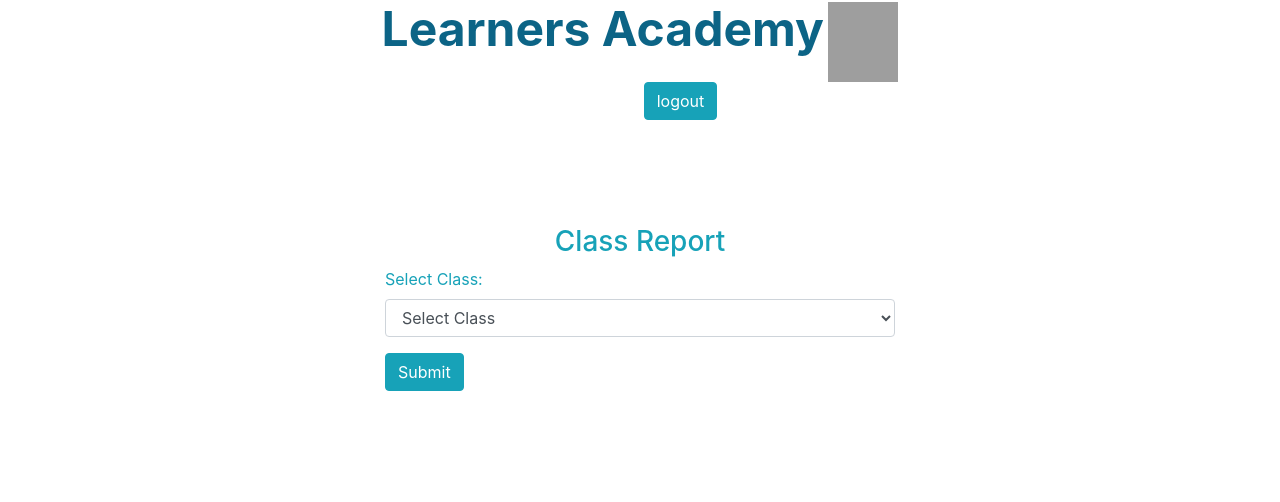
Repository: sindurup/Phase2Project
Page: http://localhost/LearnersAcademyPro/classInfo.jsp
The author's editor kept a copy of each file at every save. The page is drawn from the files as they stood at one save, then again after the next save.
The browser window is 1280 px wide. The pictures show the whole page.
Pictures or frames that could not be fetched are drawn as grey boxes. Some web libraries are served in a nearby version. The page is served by Tomcat 9. The session is filled in as if someone had signed in: {"uname": "Test User", "pw": 1}.

Above is the page before, as saved 2021-09-28 15:53:16.
Console error: TypeError: Cannot read properties of undefined (reading 'fn')

After the next save:
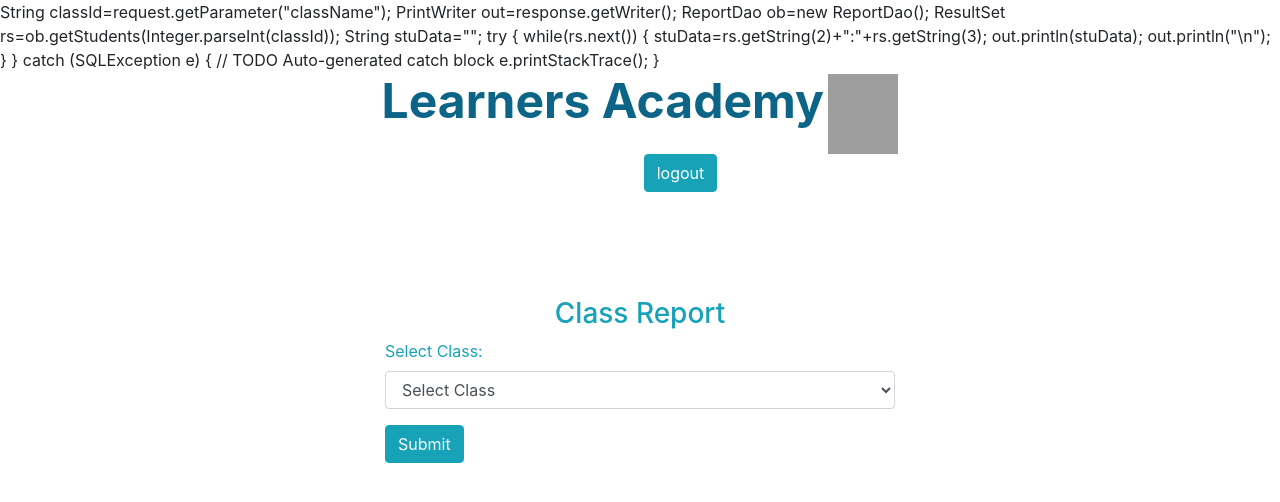
Saved 6 min 7 s later.
--- a/LearnersAcademyPro/src/main/webapp/classInfo.jsp
+++ b/LearnersAcademyPro/src/main/webapp/classInfo.jsp
@@ -1,5 +1,6 @@
 <%@ page language="java" contentType="text/html; charset=ISO-8859-1"
     pageEncoding="ISO-8859-1"%>
+    <%@ page import="com.report.dao.*"%>
 <!DOCTYPE html>
 <html>
 <link href="//maxcdn.bootstrapcdn.com/bootstrap/4.1.1/css/bootstrap.min.css" rel="stylesheet" id="bootstrap-css">
@@ -41,7 +42,30 @@ HttpSession session1=request.getSession();
     	 response.sendRedirect("Login.jsp");
     }
 %>
+     String classId=request.getParameter("className");
+		PrintWriter out=response.getWriter();
+		ReportDao ob=new ReportDao();
+		ResultSet rs=ob.getStudents(Integer.parseInt(classId));
 
+		String stuData="";
+		try {
+			while(rs.next())
+			{
+				stuData=rs.getString(2)+":"+rs.getString(3);
+				out.println(stuData);
+				out.println("\n");
+
+			}
+		} catch (SQLException e) {
+			// TODO Auto-generated catch block
+			e.printStackTrace();
+		}
+
+
+<%
+
+
+%>
 <div align="center"><label ><h1 class="text-center text-info"><font color="0C6486" size="50px"><b>Learners Academy</b></font></h1></label>
  <img src="D:\Phase2Project\LearnersAcademyPro\1.png" style="width:70px;height:80px;" align="middle"></div>
    <div class="form-group" align="center" >
